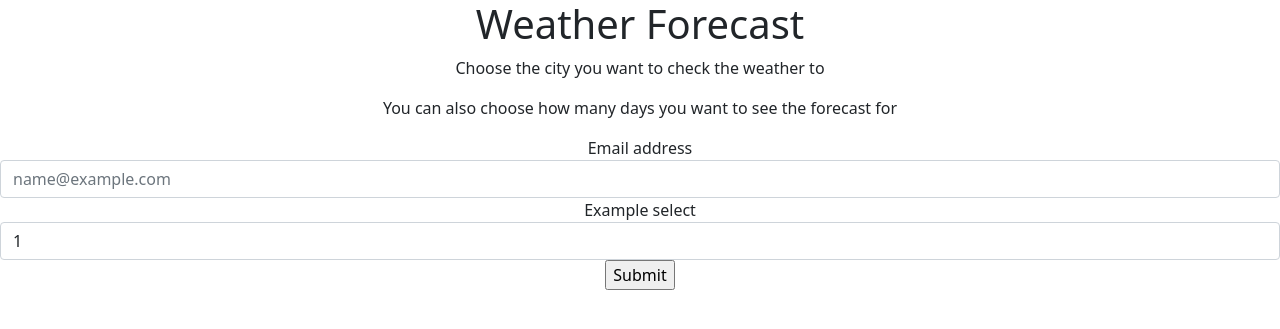
Repository: DimitrisDoxopoulos/my-own-weather-app
Page: /
An editor plug-in stored every save of this project. The page is shown before and after the next save, followed by the edit.
The browser window is 1280 px wide. The pictures show the whole page.
The project was rebuilt for these pictures with package versions that can differ from the ones it lists, and the page was loaded fresh each time.

Above is the page before, as saved 2021-06-03 15:10:52.

### src/App.js
import './App.css';

/*--------------- Importing Components ------------------- */
import Header from './components/Header'
import Tagline from './components/Tagline'
import Form from './components/Form'
/*--------------- Importing Components ------------------- */

function App() {
  return (
    <div className="App">
      <Header />
      <Tagline />
      <Form />
    </div>
  );
}

export default App;

### src/components/Header.js
import React from 'react'

const Header = () => {
    return (
        <div className="">
            <h1 className="">Weather Forecast</h1>
        </div>
    )
}

export default Header

### src/components/Tagline.js
import React from 'react'

const Tagline = () => {
    return (
        <div>
            <p>Choose the city you want to check the weather to</p>
            <p>You can also choose how many days you want to see the forecast for</p>
        </div>
    )
}

export default Tagline

### src/components/Form.js
import React from 'react'

const Form = () => {
    return (
        <div>
            <form>
                <div class="form-group">
                    <label for="exampleFormControlInput1">Email address</label>
                    <input type="email" class="form-control" id="exampleFormControlInput1" placeholder="name@example.com" />
                </div>
                <div class="form-group">
                    <label for="exampleFormControlSelect1">Example select</label>
                    <select class="form-control" id="exampleFormControlSelect1">
                    <option>1</option>
                    <option>2</option>
                    <option>3</option>
                    <option>4</option>
                    <option>5</option>
                    </select>
                </div>
                <input type="submit" value="Submit" />
            </form>
        </div>
    )
}

export default Form

Loaded but not shown: public/index.html (common file); src/index.js (common file); src/index.css (common file); src/reportWebVitals.js (common file); src/App.css (common file)

After the next save:
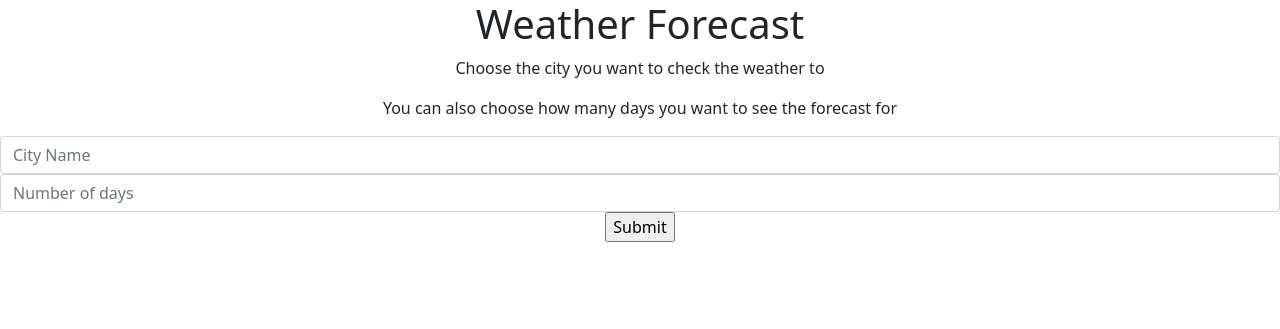
Saved 97 s later.
--- a/src/components/Form.js
+++ b/src/components/Form.js
@@ -5,18 +5,10 @@ const Form = () => {
         <div>
             <form>
                 <div class="form-group">
-                    <label for="exampleFormControlInput1">Email address</label>
-                    <input type="email" class="form-control" id="exampleFormControlInput1" placeholder="name@example.com" />
+                    <input type="text" class="form-control" id="exampleFormControlInput1" placeholder="City Name" />
                 </div>
                 <div class="form-group">
-                    <label for="exampleFormControlSelect1">Example select</label>
-                    <select class="form-control" id="exampleFormControlSelect1">
-                    <option>1</option>
-                    <option>2</option>
-                    <option>3</option>
-                    <option>4</option>
-                    <option>5</option>
-                    </select>
+                   <input type="text" class="form-control" id="exampleFormControlInput1" placeholder="Number of days" />
                 </div>
                 <input type="submit" value="Submit" />
             </form>
